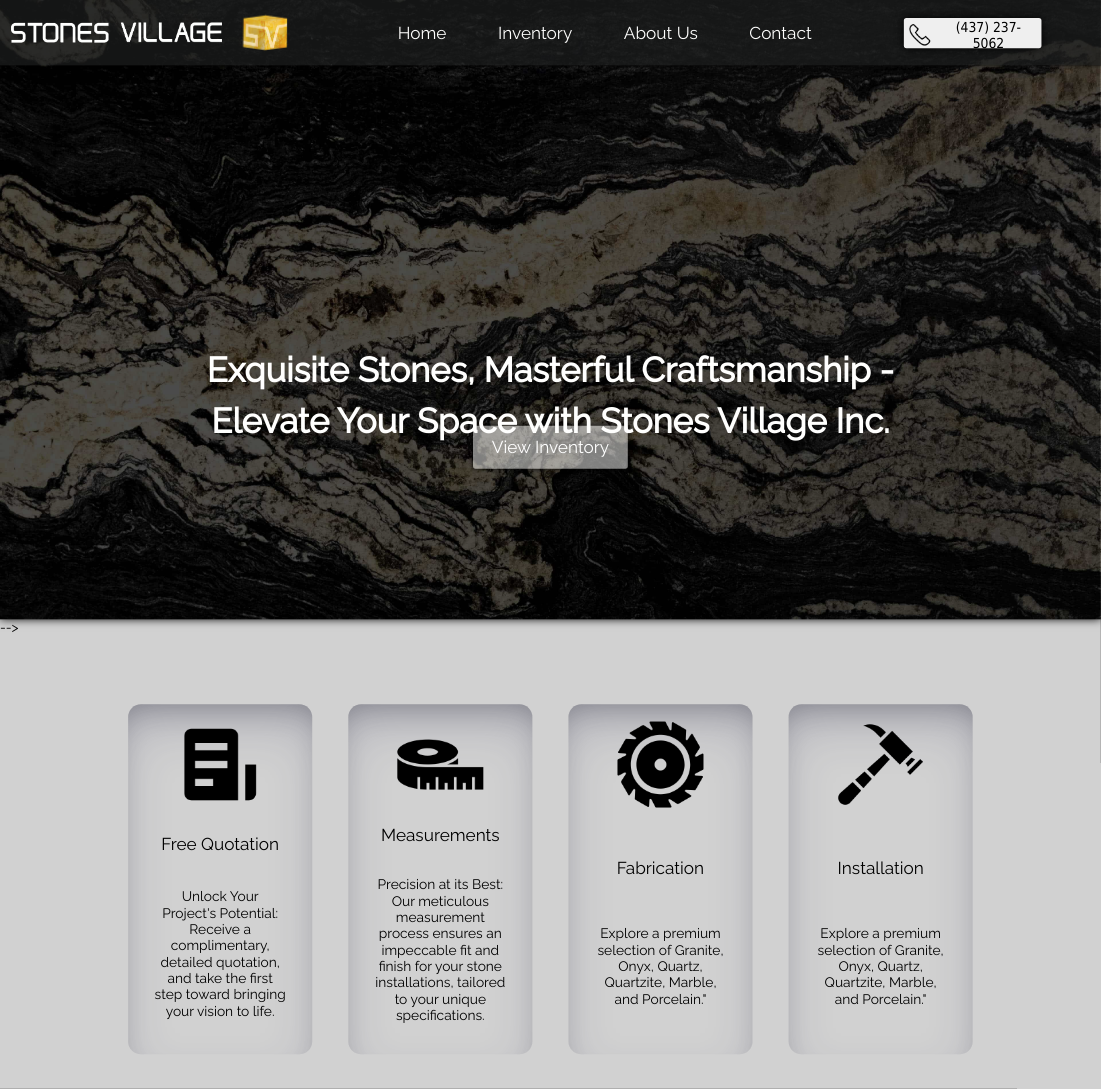
Repository: shayanabedi98/Stones-Village
Page: index.html
These files come from the project's save history. The page is drawn as it stood at one moment and after the next save; the edit follows.
The browser window is 1280 px wide. The pictures show the whole page, at 86% of full size.
Backgrounds fixed to the window are drawn as part of the page.

Above is the page before, as saved 2023-10-22 17:21:10.

### index.html
<!DOCTYPE html>
<html lang="en">
<head>
    <meta charset="UTF-8">
    <meta name="viewport" content="width=device-width, initial-scale=1.0">
    <title>Stones Village | Home</title>
    <link rel="preconnect" href="https://fonts.googleapis.com">
    <link rel="preconnect" href="https://fonts.gstatic.com" crossorigin>
    <link href="https://fonts.googleapis.com/css2?family=Raleway&display=swap" rel="stylesheet">
    <link rel="stylesheet" href="styles.css">
</head>
<body>
    <div class="navbar">
        <div class="logo">
            <img id="logo-name" src="./resources/sv-name.png" alt="Company name">
            <img id="logo-cube" src="./resources/sv-cube.png" alt="Company logo">
        </div>
        <div class="navbar-menu">
            <ul>
                <li><a href="./">Home</a></li>
                <li><a href="./inventory">Inventory</a></li>
                <li><a href="./about-us">About Us</a></li>
                <li><a href="./contact">Contact</a></li>
            </ul>
        </div>
        <div class="navbar-tel">
            <button><a href="tel:+14372375062">
                <img src="./resources/telephone-svgrepo-com.png" alt="Contact By Number">
                (437) 237-5062
            </a></button>
        </div>
    </div>
    <div class="grid-container">
        <div class="banner">
            <!-- Background Image -->
        </div>
        <div class="banner-overlay">
            <h1>Exquisite Stones, Masterful Craftsmanship - Elevate Your Space with Stones Village Inc.</h1>
            <button>View Inventory</button>
        </div>
        <!-- <div class="services-container">
            <h2>Welcome</h2>
            <h3>Stones Village is a beacon of excellence in the stone industry, conveniently situated in Concord, Ontario, yet extending our top-notch services and products across the entire nation. With a rich history and unparalleled expertise in supplying, fabricating, and installing premium-quality Granite, Onyx, Quartz, and Porcelain, we have carved out a reputation for reliability, craftsmanship, and aesthetic excellence.</h3>


            <!-- Free Quotations
Stonica Group Inc. offers no-obligation, comprehensive quotes for all project sizes. Our experts provide a detailed cost estimate, ensuring transparency and no hidden charges.


Measurements
We use advanced tools for precise project measurements, considering the environment and potential challenges to ensure seamless integration of our fabrications into your space.


Fabrication
Our high-quality fabrication service is handled by a skilled team and cutting-edge facilities. We handle various materials and complexities, ensuring the finished product meets the highest industry standards.


Installation
Our trained professionals carry out careful and precise installations. We also perform comprehensive checks post-installation, ensuring a perfect fit and function. Your satisfaction is our ultimate goal. -->
        </div> -->
        <div class="card-container">
            <div class="card">
                <img src="./resources/invoice-svgrepo-com.png" alt="Icon of Stone Slab">
                <div class="card-text">
                    <p class="card-name">Free Quotation</p>
                    <p class="card-description">Unlock Your Project's Potential: Receive a complimentary, detailed quotation, and take the first step toward bringing your vision to life.</p>
                </div>
            </div>
            <div class="card">
                <img src="./resources/measure-2-svgrepo-com.png" alt="Icon of Stone Slab">
                <div class="card-text">
                    <p class="card-name">Measurements</p>
                    <p class="card-description">Precision at its Best: Our meticulous measurement process ensures an impeccable fit and finish for your stone installations, tailored to your unique specifications.</p>
                </div>
            </div>
            <div class="card">
                <img src="./resources/saw-svgrepo-com.png" alt="Icon of Stone Slab">
                <div class="card-text">
                    <p class="card-name">Fabrication</p>
                    <p class="card-description">Explore a premium selection of Granite, Onyx, Quartz, Quartzite, Marble, and Porcelain."</p>
                </div>
            </div>
            <div class="card">
                <img src="./resources/hammer-work-construction-svgrepo-com.png" alt="Icon of Stone Slab">
                <div class="card-text">
                    <p class="card-name">Installation</p>
                    <p class="card-description">Explore a premium selection of Granite, Onyx, Quartz, Quartzite, Marble, and Porcelain."</p>
                </div>
            </div>
        </div>
    </div>
    <script src="./index.js"></script>
</body>
</html>

### styles.css
body {
    background-color: #d1d1d1;
    color: #000000;
    font-family: 'Raleway', sans-serif;
    margin: 0;
    padding: 0;
}

.navbar {
    display: grid;
    grid-template-columns: 0.5fr 1fr 0.5fr;
    background-color: rgba(29, 31, 31, 0.7);
    box-shadow: 0 0 5px 0 rgb(0, 0, 0);
    padding: 10px;
    position: fixed;
    width: 100%;
    z-index: 1;
}

.logo {
    display: flex;
    align-items: center;
    justify-content: center;
}

#logo-cube {
    height: 42px;
    margin-left: 20px;
    cursor: pointer;
}

#logo-name {
    height: 28px;
    cursor: pointer;
}

.navbar-menu {
    display: grid;
    align-items: end;
}

.navbar-menu ul {
    display: flex;
    align-content: center;
    justify-content: center;
    list-style-type: none;
}

.navbar-menu a {
    text-decoration: none;
    color: #FFFFFE;
    font-size: 20px;
    margin-left: 60px;
}

.navbar-menu a:hover {
    color: #E0B739;
    transition: 0.3s;
    border-bottom: 8px solid #E0B739;
}

.navbar-menu a:not(:hover) {
    color: #FFFFFE;
    border-bottom: 0px;
    transition: 0.3s;
}

.navbar-tel {
    display: flex;
    justify-content: center;
    align-items: center;
}

.navbar-tel button {
    height: 35px;
    width: 160px;
    border: none;
    border-radius: 3px;
    box-shadow: 0 0 10px 0 rgb(0, 0, 0);
}

.navbar-tel img {
    height: 25px;
    margin-right: 12px;
}

.navbar-tel a {
    text-decoration: none;
    color: black;
    font-family: Tahoma, Verdana, sans-serif;
    font-size: 16px;
    display: flex;
    align-items: center;
    justify-content: center;
}

.banner {
    background-attachment: fixed;
    height: 100vh;
    background-size: 2100px;
    background-repeat: no-repeat;
    background-position: 0 -400px;
    transition: opacity 1s ease-in-out, background-size 0s, background-position 0s;
}

.banner-overlay {
    background-color: rgba(0, 0, 0, 0.7);
    box-shadow: 0 0 10px 0 black;
    display: grid;
    grid-template-rows: 0.8fr 1fr;
    justify-items: center;
    align-items: center;
    text-align: center;
    position: absolute;
    height: 100vh;
    width: 100%;
    top: 0;
}

.banner-overlay h1 {
    margin: 0;
    color: #FFFFFE;
    position: relative;
    font-size: 40px;
    top: 300px;
    width: 70%;
    line-height: 60px;
}

.banner-overlay button {
    font-family: 'Raleway', sans-serif;
    background-color: rgba(255, 255, 254, 0.5);
    color: white;
    border: none;
    border-radius: 3px;
    font-size: 20px;
    width: 180px;
    height: 50px;
    box-shadow: 0 0 2px 0 black;
    cursor: pointer;
}

.banner-overlay button:hover {
    box-shadow: 0 0 15px 0 black;
    background-color: rgb(224, 183, 57);
    transition: 0.3s;
}

.banner-overlay button:not(:hover) {
    box-shadow: 0 0 5px 0 black;
    transition: 0.3s;
}

.services-container, .card-container {
    margin: 40px auto;
}

.services-container {
    display: grid;
    grid-template-rows: 1fr 1fr;
    justify-items: center;
    margin-top: 80px;
    width: 80%;
}

.services-container h2, h3 {
    display: grid;
    justify-items: center;
}

.card-container {
    display: grid;
    width: 80%;
    grid-template-columns: repeat(4, 1fr);
    justify-items: center;
    margin-top: 80px;
}

.card {
    width: 80%;
    display: grid;
    justify-items: center;
    border-radius: 15px;
    box-shadow: rgba(50, 50, 93, 0.25) 0px 30px 60px -12px inset, rgba(0, 0, 0, 0.3) 0px 18px 36px -18px inset;
    padding: 20px 5px;
}

.card img {
    height: 100px;
}

.card-text {
    display: grid;
    text-align: center;
    justify-items: center;
}

.card-name {
    font-size: 20px;
}

.card-description {
    width: 75%;
}

### index.js
const banner = document.querySelector('.banner');
const bannerImg = ['./resources/aaron-huber-G7sE2S4Lab4-unsplash.jpg', './resources/black-marble-texture2-min2.jpg', './resources/engin-akyurt-m555vEfryhE-unsplash.jpg', './resources/marble-2398956_1920.jpg'];
let bannerImgIndex = 0;
const logoName = document.querySelector('#logo-name');
const logoCube = document.querySelector('#logo-cube');
const navbar = document.querySelector('.navbar');

logoCube.addEventListener('click', () => {
    window.location.replace('./')
})

logoCube.addEventListener('mouseover', () => {
    navbar.style.backgroundColor = 'rgba(224, 183, 57,0.3)'
    navbar.style.transition = '4s'
})

logoCube.addEventListener('mouseout', () => {
    navbar.style.backgroundColor = 'rgba(29, 31, 31, 0.7)'
    navbar.style.transition = '2s'
})

logoName.addEventListener('click', () => {
    window.location.replace('./')
})

logoName.addEventListener('mouseover', () => {
    navbar.style.backgroundColor = 'rgba(224, 183, 57,0.3)'
    navbar.style.transition = '4s'
})

logoName.addEventListener('mouseout', () => {
    navbar.style.backgroundColor = 'rgba(29, 31, 31, 0.7)'
    navbar.style.transition = '2s'
})

const bannerImgChanger = () => {
    banner.style.opacity = '0'
    bannerImgIndex = (bannerImgIndex + 1) % bannerImg.length;
    banner.style.background = `url(${bannerImg[bannerImgIndex]})`;

    if (bannerImgIndex === 0) {
        banner.style.backgroundSize = '2100px';
        banner.style.backgroundPosition = '0 -400px'
        banner.style.backgroundAttachment = 'fixed';
        banner.style.opacity = '1'
        banner.style.transition = 'opacity 1s ease-in, background-size 0s, background-position 0s;';
        setTimeout(() => {
            banner.style.opacity = '0'
        }, 7000)

    } else if (bannerImgIndex === 1) {
        banner.style.backgroundSize = '2000px';
        banner.style.backgroundAttachment = 'fixed';
        banner.style.opacity = '1'
        banner.style.transition = 'opacity 1s ease-in, background-size 0s, background-position 0s;';
        setTimeout(() => {
            banner.style.opacity = '0'
        }, 7000)

    } else if (bannerImgIndex === 2) {
        banner.style.backgroundAttachment = 'fixed';
        banner.style.opacity = '1'
        banner.style.transition = 'opacity 1s ease-in, background-size 0s, background-position 0s;';
        setTimeout(() => {
            banner.style.opacity = '0'
        }, 7000)
    } else if (bannerImgIndex === 3) {
        banner.style.backgroundAttachment = 'fixed';
        banner.style.opacity = '1'
        banner.style.transition = 'opacity 1s ease-in, background-size 0s, background-position 0s;';
        setTimeout(() => {
            banner.style.opacity = '0'
        }, 7000)
    }
};

bannerImgChanger();

setInterval(bannerImgChanger, 8000)

After the next save:
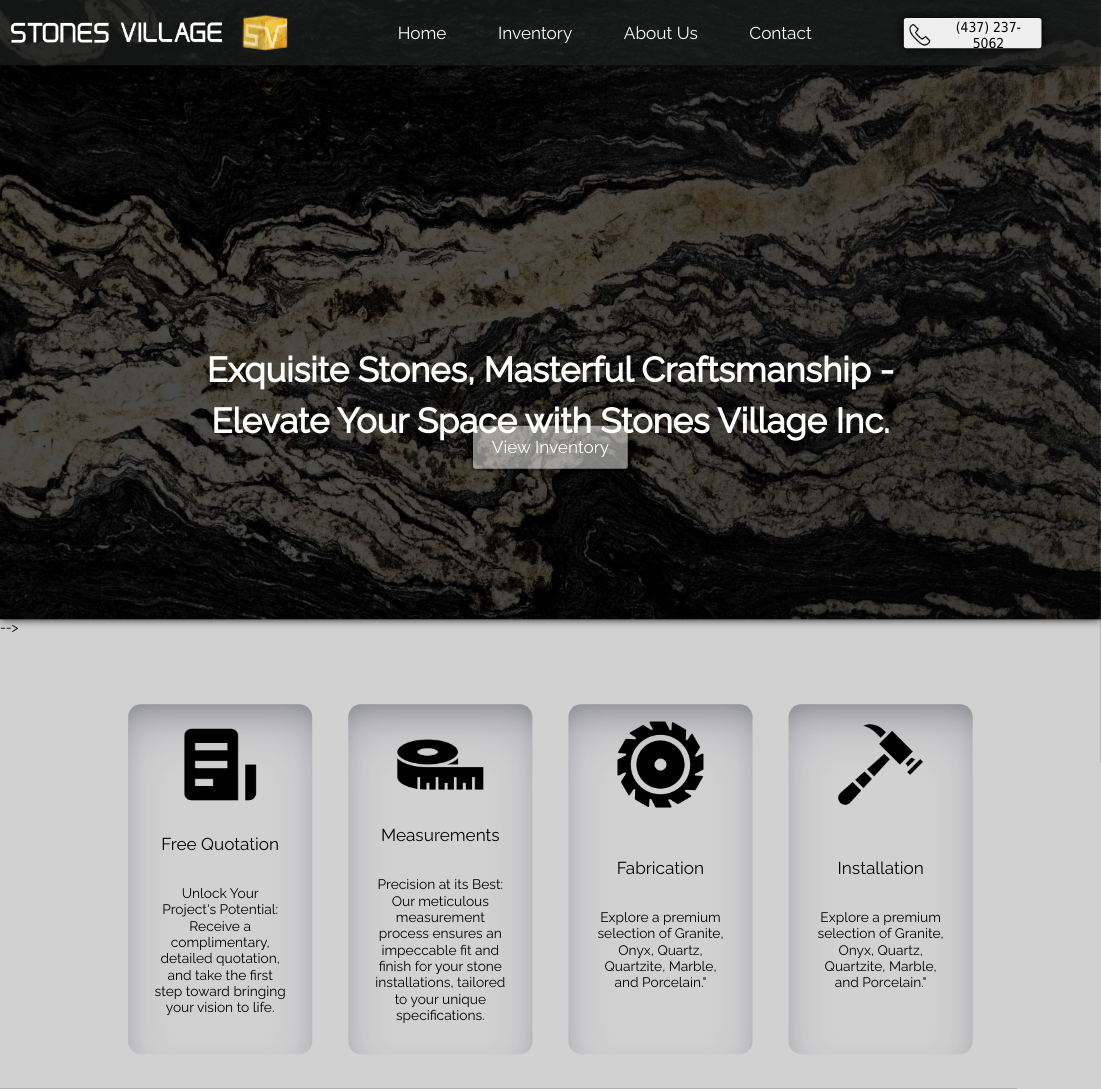
Saved 31 s later.
--- a/styles.css
+++ b/styles.css
@@ -193,6 +193,7 @@ body {
     display: grid;
     text-align: center;
     justify-items: center;
+    align-content: baseline;
 }
 
 .card-name {
